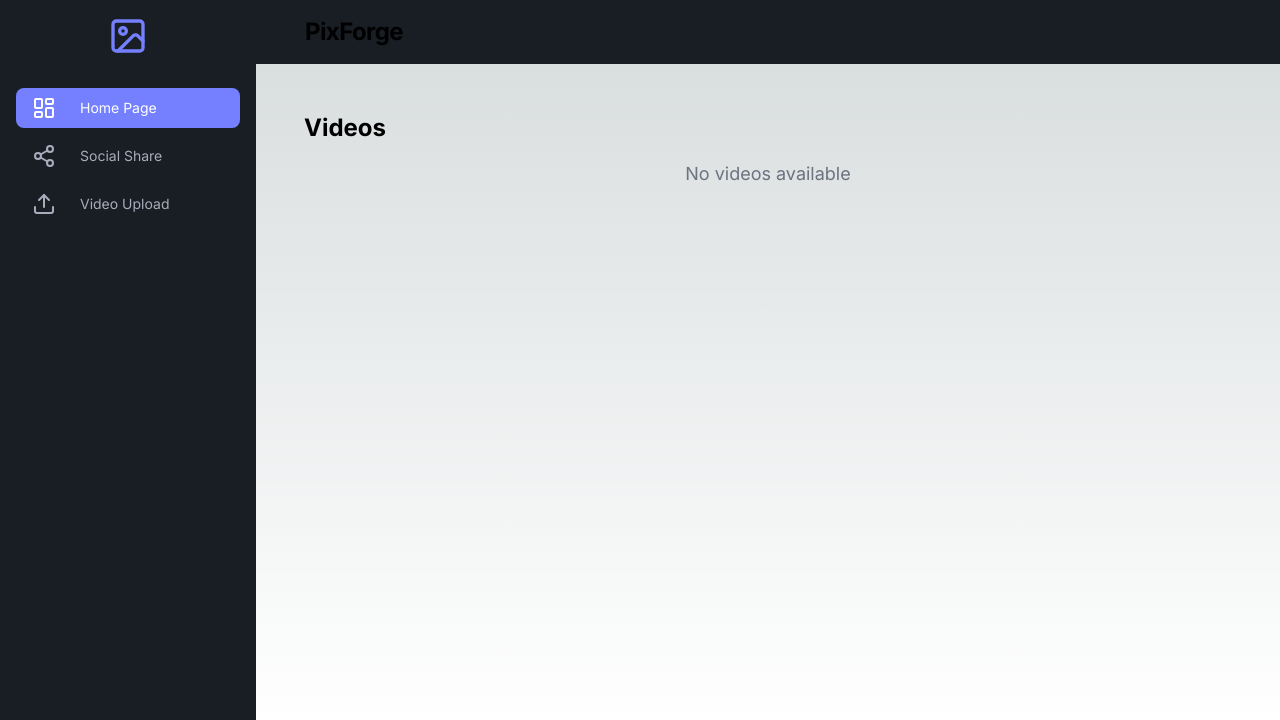
Repository: AlexMercer00/StellarVista
Page: /home (app in Desktop/PixForge/)
An editor plug-in stored every save of this project. The page is shown before and after the next save, followed by the edit.
The browser window is 1280 px wide. The pictures show the whole page.
The page's requests for data from a server got no answer. The project was rebuilt for these pictures with package versions that can differ from the ones it lists, and the page was loaded fresh each time. Some packages were replaced by stand-ins written for this rebuild. The framework's server and built-in components were replaced by stand-ins that run in the browser. No one was signed in, and anything a server would have sent is missing. Also part of the build but not shown: Desktop/PixForge/next.config.mjs, Desktop/PixForge/components/VideoCard.tsx.

Above is the page before, as saved 2025-08-15 21:31:15.

### Desktop/PixForge/app/layout.tsx
import type { Metadata } from "next";
import { Inter } from "next/font/google";
import "./globals.css";
import { ClerkProvider } from '@clerk/nextjs'
const inter = Inter({ subsets: ["latin"] });

export const metadata: Metadata = {
  title: "Create Next App",
  description: "Generated by create next app",
};

export default function RootLayout({
  children,
}: Readonly<{
  children: React.ReactNode;
}>) {
  return (
    <ClerkProvider>

    <html lang="en">
      <body className={inter.className}>{children}</body>
    </html>
    </ClerkProvider>
  );
}

### Desktop/PixForge/app/(app)/layout.tsx
"use client";

import React, { useState } from "react";
import Link from "next/link";
import { usePathname, useRouter } from "next/navigation";
import { useClerk, useUser } from "@clerk/nextjs";
import {
  LogOutIcon,
  MenuIcon,
  LayoutDashboardIcon,
  Share2Icon,
  UploadIcon,
  ImageIcon,
} from "lucide-react";

const sidebarItems = [
  { href: "/home", icon: LayoutDashboardIcon, label: "Home Page" },
  { href: "/social-share", icon: Share2Icon, label: "Social Share" },
  { href: "/video-upload", icon: UploadIcon, label: "Video Upload" },
];

export default function AppLayout({
  children,
}: Readonly<{
  children: React.ReactNode;
}>) {
  const [sidebarOpen, setSidebarOpen] = useState(false);
  const pathname = usePathname();
  const router = useRouter();
  const { signOut } = useClerk();
  const { user } = useUser();

  const handleLogoClick = () => {
    router.push("/");
  };

  const handleSignOut = async () => {
    await signOut();
  };

  return (
    <div className="drawer lg:drawer-open">
      <input
        id="sidebar-drawer"
        type="checkbox"
        className="drawer-toggle"
        checked={sidebarOpen}
        onChange={() => setSidebarOpen(!sidebarOpen)}
      />
      <div className="drawer-content flex flex-col">
        {/* Navbar */}
        <header className="w-full bg-base-200">
          <div className="navbar max-w-7xl mx-auto px-4 sm:px-6 lg:px-8">
            <div className="flex-none lg:hidden">
              <label
                htmlFor="sidebar-drawer"
                className="btn btn-square btn-ghost drawer-button"
              >
                <MenuIcon className="w-6 h-6" />
              </label>
            </div>
            <div className="flex-1">
              <div
                className="btn btn-ghost normal-case text-2xl font-bold tracking-tight cursor-pointer"
                onClick={handleLogoClick}
              >
                PixForge
              </div>
            </div>
            <div className="flex-none flex items-center space-x-4">
              {user && (
                <>
                  <div className="avatar">
                    <div className="w-8 h-8 rounded-full">
                      <img
                        src={user.imageUrl}
                        alt={
                          user.username || user.emailAddresses[0].emailAddress
                        }
                      />
                    </div>
                  </div>
                  <span className="text-sm truncate max-w-xs lg:max-w-md">
                    {user.username || user.emailAddresses[0].emailAddress}
                  </span>
                  <button
                    onClick={handleSignOut}
                    className="btn btn-ghost btn-circle"
                  >
                    <LogOutIcon className="h-6 w-6" />
                  </button>
                </>
              )}
            </div>
          </div>
        </header>

        {/* Page content */}
        <main className="flex-grow">
          <div className="max-w-7xl mx-auto w-full px-4 sm:px-6 lg:px-8 my-8">
            {children}
          </div>
        </main>
      </div>

      {/* Sidebar */}
      <div className="drawer-side">
        <label htmlFor="sidebar-drawer" className="drawer-overlay"></label>
        <aside className="bg-base-200 w-64 h-full flex flex-col">
          <div className="flex items-center justify-center py-4">
            <ImageIcon className="w-10 h-10 text-primary" />
          </div>
          <ul className="menu p-4 w-full text-base-content flex-grow">
            {sidebarItems.map((item) => (
              <li key={item.href} className="mb-2">
                <Link
                  href={item.href}
                  className={`flex items-center space-x-4 px-4 py-2 rounded-lg ${
                    pathname === item.href
                      ? "bg-primary text-white"
                      : "hover:bg-base-300"
                  }`}
                  onClick={() => setSidebarOpen(false)}
                >
                  <item.icon className="w-6 h-6" />
                  <span>{item.label}</span>
                </Link>
              </li>
            ))}
          </ul>

          {user && (
            <div className="p-4">
              <button
                onClick={handleSignOut}
                className="btn btn-outline btn-error w-full"
              >
                <LogOutIcon className="mr-2 h-5 w-5" />
                Sign Out
              </button>
            </div>
          )}
        </aside>
      </div>
    </div>
  );
}

### Desktop/PixForge/app/(app)/home/page.tsx
"use client"
import React, {useState, useEffect, useCallback} from 'react'
import axios from 'axios'
import VideoCard from '@/components/VideoCard'
import { Video } from '@/types'
function Home() {
    const [videos, setVideos] = useState<Video[]>([])
    const [loading, setLoading] = useState(true)
    const [error, setError] = useState<string | null>(null)

    const fetchVideos = useCallback(async () => {
        try {
            const response = await axios.get("/api/videos")
            if(Array.isArray(response.data)) {
                setVideos(response.data)
            } else {
                throw new Error(" Unexpected response format");

            }
        } catch (error) {
            console.log(error);
            setError("Failed to fetch videos")

        } finally {
            setLoading(false)
        }
    }, [])

    useEffect(() => {
        fetchVideos()
    }, [fetchVideos])

    const handleDownload = useCallback((url: string, title: string) => {
        () => {
            const link = document.createElement("a");
            link.href = url;
            link.setAttribute("download", `${title}.mp4`);
            link.setAttribute("target", "_blank");
            document.body.appendChild(link);
            link.click();
            document.body.removeChild(link);

        }

    }, [])

    if(loading){
        return <div>Loading...</div>
    }

    return (
        <div className="container mx-auto p-4">
          <h1 className="text-2xl font-bold mb-4">Videos</h1>
          {videos.length === 0 ? (
            <div className="text-center text-lg text-gray-500">
              No videos available
            </div>
          ) : (
            <div className="grid grid-cols-1 sm:grid-cols-2 lg:grid-cols-3 gap-6">
              {
                videos.map((video) => (
                    <VideoCard
                        key={video.id}
                        video={video}
                        onDownload={handleDownload}
                    />
                ))
              }
            </div>
          )}
        </div>
      );
}

export default Home

### Desktop/PixForge/tailwind.config.ts
import type { Config } from "tailwindcss";

const config: Config = {
    darkMode: "class",
  content: [
    "./pages/**/*.{js,ts,jsx,tsx,mdx}",
    "./components/**/*.{js,ts,jsx,tsx,mdx}",
    "./app/**/*.{js,ts,jsx,tsx,mdx}",
  ],
  theme: {
    extend: {
      backgroundImage: {
        "gradient-radial": "radial-gradient(var(--tw-gradient-stops))",
        "gradient-conic":
          "conic-gradient(from 180deg at 50% 50%, var(--tw-gradient-stops))",
      },
    },
  },
  plugins: [ require("daisyui")],
  daisyui: {
      themes: ["dark"]
  }
};
export default config;

Loaded but not shown: Desktop/PixForge/app/globals.css (common file)

After the next save:
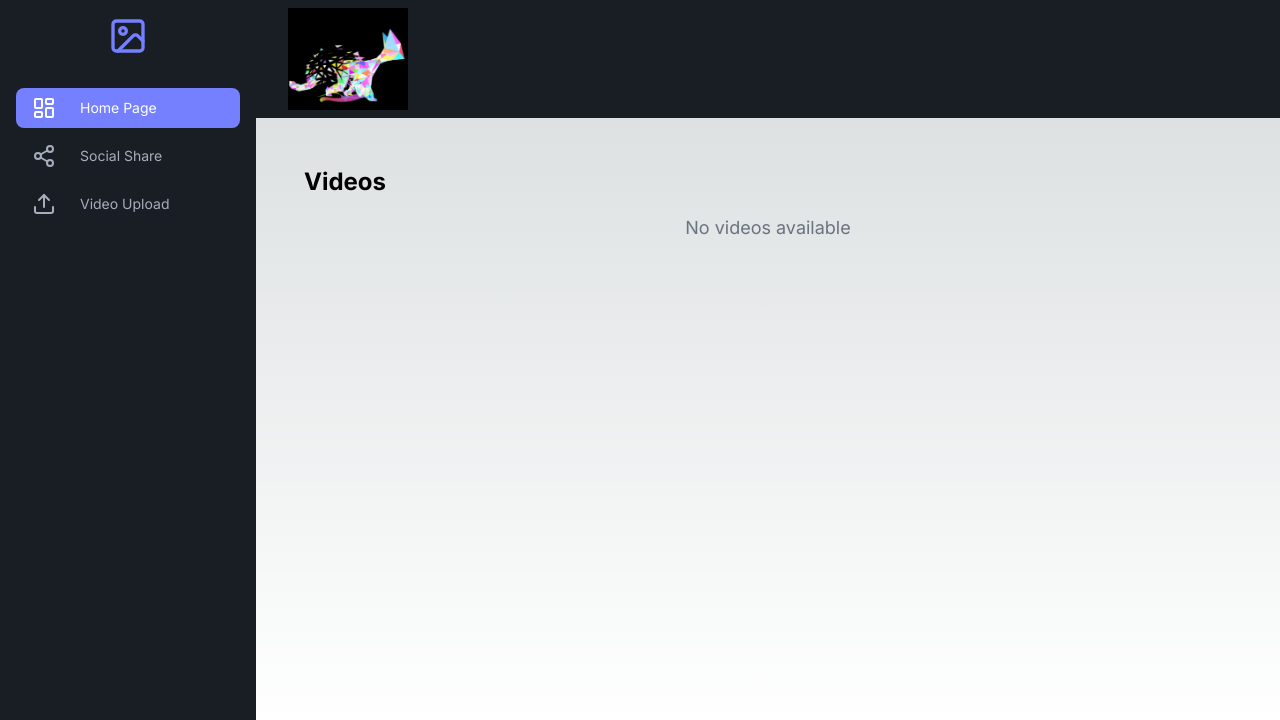
Saved 82 s later.
--- a/Desktop/PixForge/app/(app)/layout.tsx
+++ b/Desktop/PixForge/app/(app)/layout.tsx
@@ -1,6 +1,7 @@
 "use client";
 
 import React, { useState } from "react";
+import Image from "next/image";
 import Link from "next/link";
 import { usePathname, useRouter } from "next/navigation";
 import { useClerk, useUser } from "@clerk/nextjs";
@@ -59,12 +60,18 @@
                 <MenuIcon className="w-6 h-6" />
               </label>
             </div>
-            <div className="flex-1">
+            <div className="flex-1 flex items-center">
               <div
-                className="btn btn-ghost normal-case text-2xl font-bold tracking-tight cursor-pointer"
+                className="cursor-pointer flex items-center"
                 onClick={handleLogoClick}
               >
-                PixForge
+                <Image
+                  src="/logo.png"
+                  alt="PixForge Logo"
+                  width={120}
+                  height={32}
+                  priority
+                />
               </div>
             </div>
             <div className="flex-none flex items-center space-x-4">

After the save that followed:
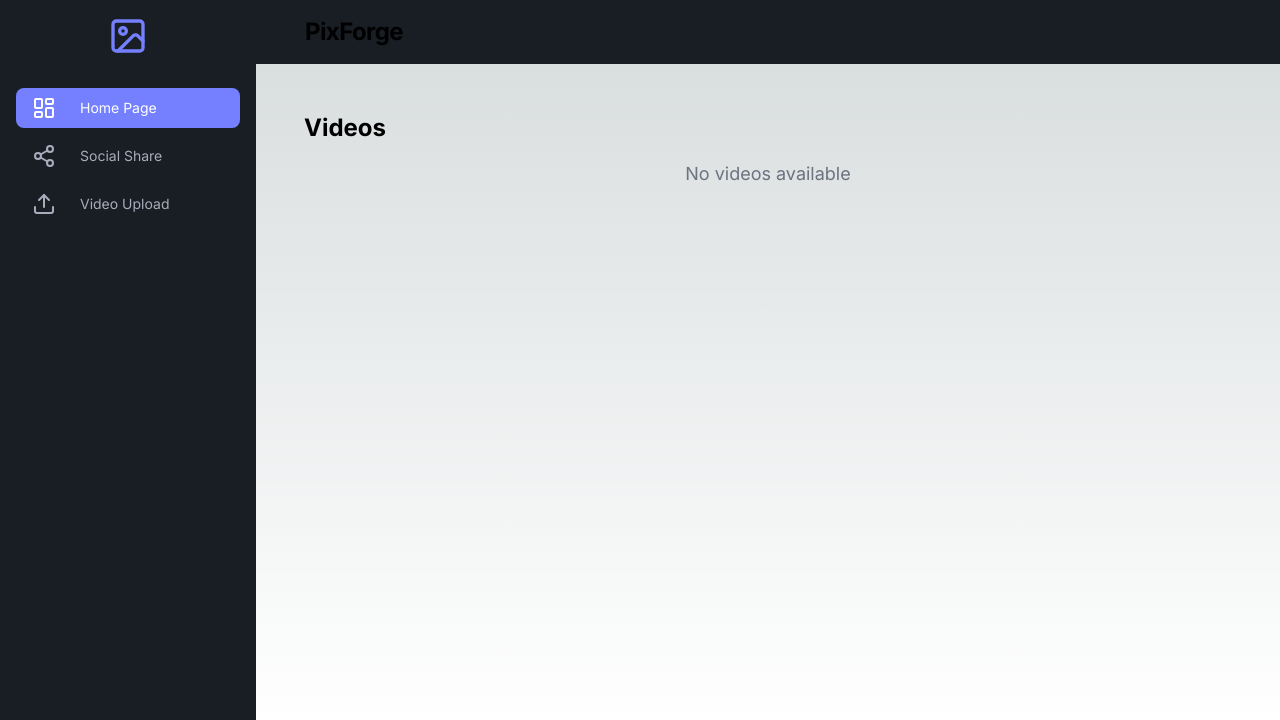
Saved 14 s later.
--- a/Desktop/PixForge/app/(app)/layout.tsx
+++ b/Desktop/PixForge/app/(app)/layout.tsx
@@ -1,7 +1,6 @@
 "use client";
 
 import React, { useState } from "react";
-import Image from "next/image";
 import Link from "next/link";
 import { usePathname, useRouter } from "next/navigation";
 import { useClerk, useUser } from "@clerk/nextjs";
@@ -60,18 +59,12 @@
                 <MenuIcon className="w-6 h-6" />
               </label>
             </div>
-            <div className="flex-1 flex items-center">
+            <div className="flex-1">
               <div
-                className="cursor-pointer flex items-center"
+                className="btn btn-ghost normal-case text-2xl font-bold tracking-tight cursor-pointer"
                 onClick={handleLogoClick}
               >
-                <Image
-                  src="/logo.png"
-                  alt="PixForge Logo"
-                  width={120}
-                  height={32}
-                  priority
-                />
+                PixForge
               </div>
             </div>
             <div className="flex-none flex items-center space-x-4">
